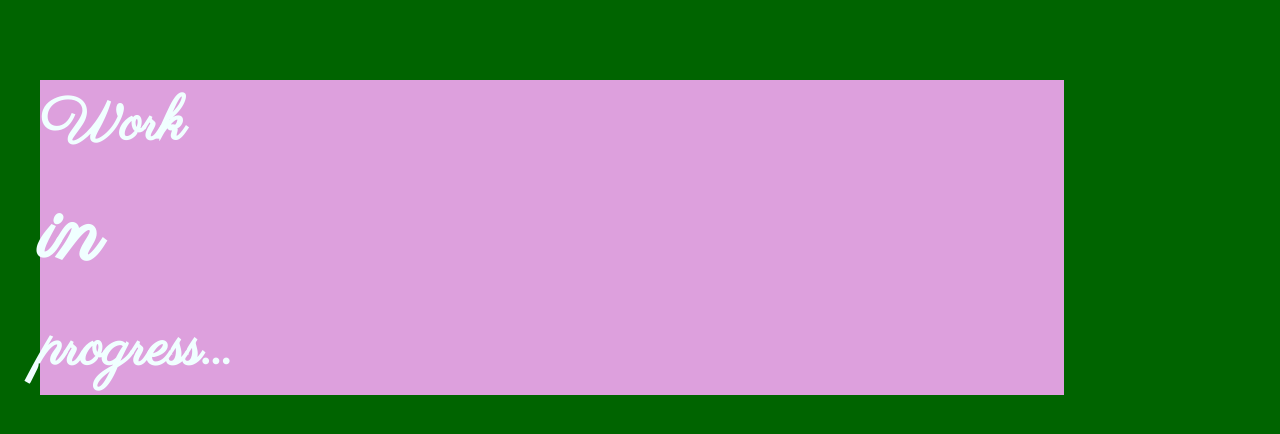
Repository: NollieChtn6/NollieChtn6.github.io
Page: index.html
The author's editor kept a copy of each file at every save. The page is drawn from the files as they stood at one save, then again after the next save.
The browser window is 1280 px wide. The pictures show the whole page.

Above is the page before, as saved 2023-11-10 18:04:47.

### index.html

<!DOCTYPE html>

<html lang="fr">

<head>
  <meta charset="utf-8">
  <meta name="viewport" content="width=device-width">
  <link href="css/reset.css" rel="stylesheet">
  <link href="css/style.css" rel="stylesheet">
  <link
    href="https://fonts.googleapis.com/css2?family=Asap:wght@400;700&family=Parisienne&display=swap"
    rel="stylesheet">
  <title>Portfolio</title>
</head>

<body>

  <main class="main__container">

    <div class="main__content">

      <h1 class="main__title">
        <span class="main__title main__title--level-1">
          Work
        </span>
        <span class="main__title main__title--level-2">
          in
        </span>
        <span class="main__title main__title--level-3">
          progress...
        </span>
      </h1>

    </div>

  </main>

</body>

</html>

### css/style.css
/* VARIABLES */

/* :root {

} */


/* GÉNÉRAL */

* {
  box-sizing: border-box;
}

html {
  font-size: 62.5%;
}

body {
  display: flex;
  flex-direction: column;
  height: 100vh;
  min-height: 100vh;
}

h1 {
  font-family: 'Asap', sans-serif;
  font-family: 'Parisienne', cursive;
}


/* MAIN  */

.main__container {
  display: flex;
  flex-direction: column;
  background-color: antiquewhite;
  height: 100vh;
  width: 100vw;
}

.main__content {
  display: flex;
  flex-direction: column;
  background-color:darkgreen;
  height: 100vh;
  width: 100vw;
  /* padding: 5rem 0rem 0rem 8rem; */
  /* justify-content: center; */
  /* align-items: center; */
  padding-top: 8rem;
  padding-left: 4rem;;

}

h1 {
  display: flex;
  flex-direction: column;
  width: 80vw;
  font-size: 6rem;
  background-color: plum;
  color: azure;
}

.main__title--level-1 {

}

.main__title--level-2 {
  font-size: 1.5em;
}

Loaded but not shown: css/reset.css (common file)

After the next save:
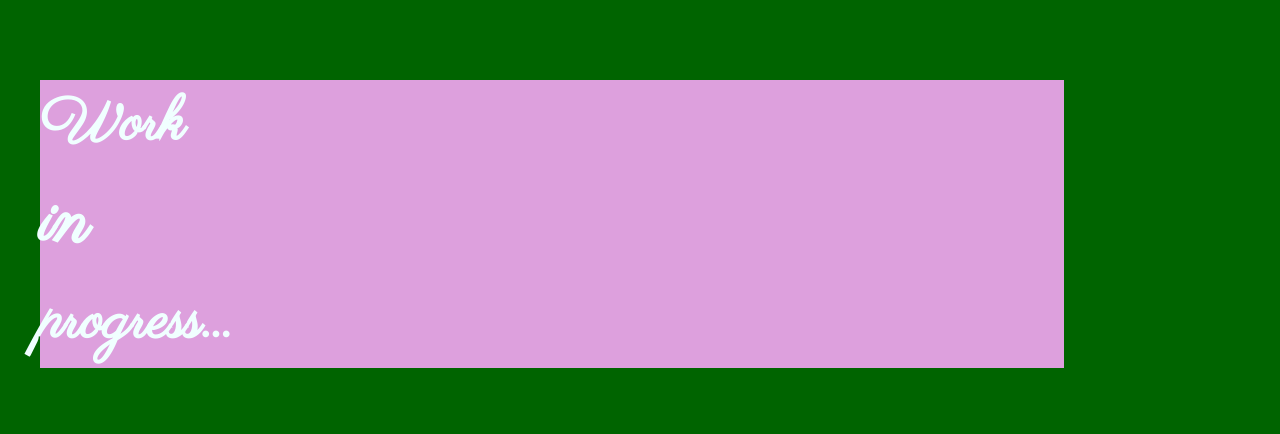
Saved 5 s later.
--- a/css/style.css
+++ b/css/style.css
@@ -66,5 +66,5 @@
 }
 
 .main__title--level-2 {
-  font-size: 1.5em;
+  font-size: 1.2em;
 }

After the save that followed:
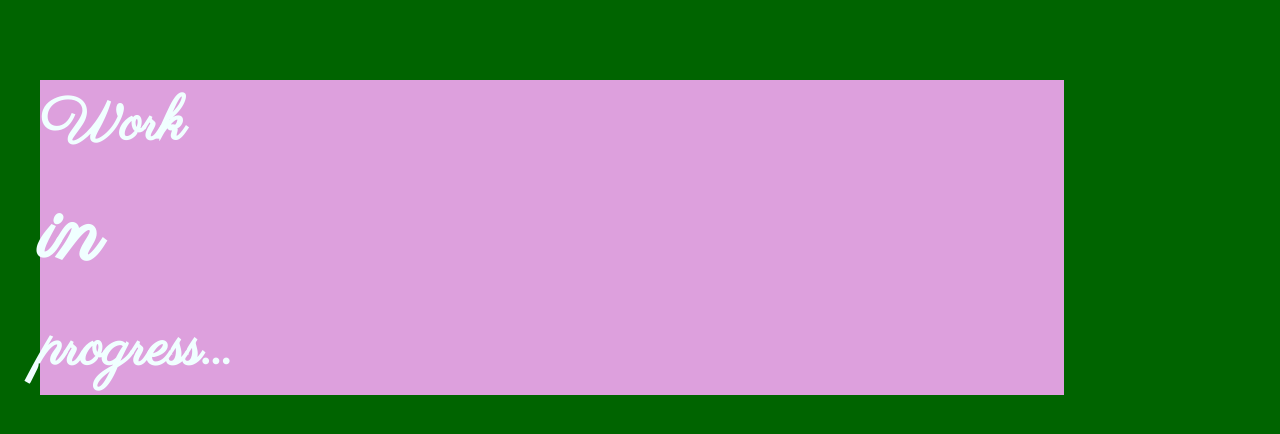
Saved 6 s later.
--- a/css/style.css
+++ b/css/style.css
@@ -66,5 +66,5 @@
 }
 
 .main__title--level-2 {
-  font-size: 1.2em;
+  font-size: 1.5em;
 }
